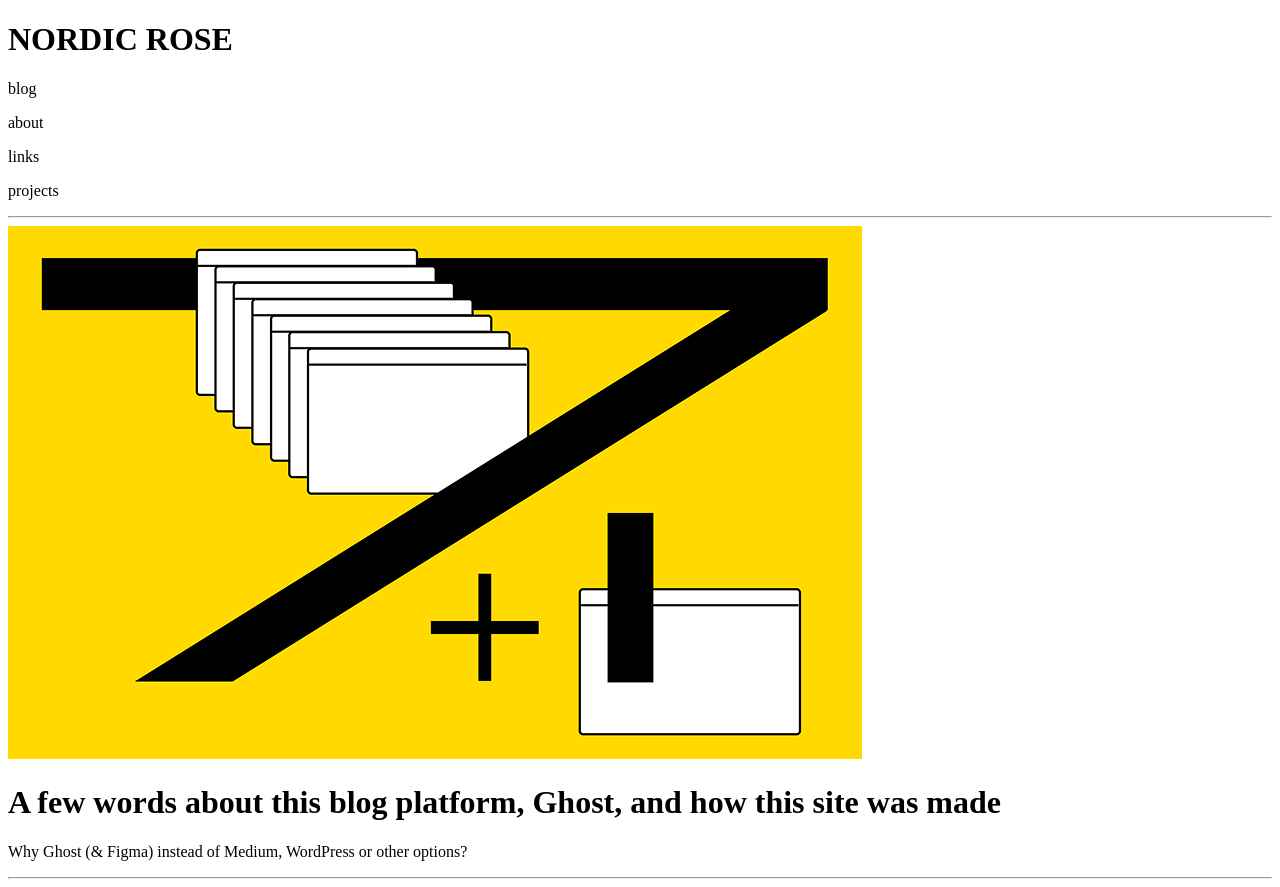
Repository: ThuTrang-jvb/JVB-BT1
Page: Page 2/listing.html
The author's editor kept a copy of each file at every save. The page is drawn from the files as they stood at one save, then again after a run of saves.
The browser window is 1280 px wide. The pictures show the whole page.

Above is the page before, as saved 2025-06-24 13:48:19.

### Page 2/listing.html
<!DOCTYPE html>
<html lang="en">
<head>
    <meta charset="UTF-8">
    <meta name="viewport" content="width=device-width, initial-scale=1.0">
    <title>NORDIC ROSE</title>
</head>
<body>
    <div class="header">
        <h1>NORDIC ROSE</h1>
        <p>blog</p>
        <p>about</p>
        <p>links</p>
        <p>projects</p>
    </div>
    <hr>
    <div class="main">
        <div>
            <img src="image/image 2.png" alt="image 2">
            <h1>A few words about this blog platform, Ghost, and how this site was made</h1>
            <p>Why Ghost (& Figma) instead of Medium, WordPress or other options?</p>
        </div>
        <hr>
        <div>

        </div>
    </div>

</body>
</html>

After the next 3 saves:
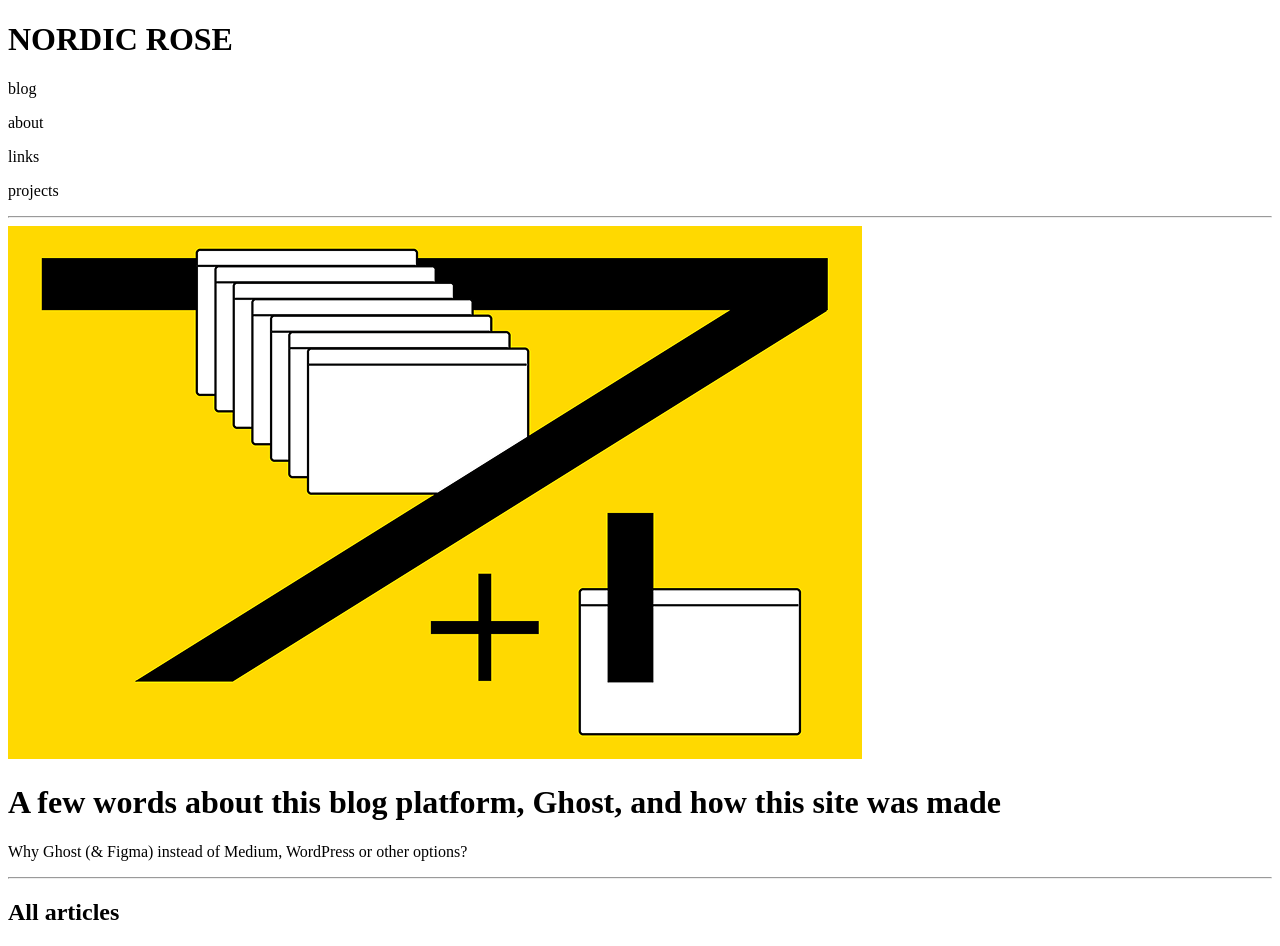
The 3 saves are shown as one change because they came seconds apart.
The last was saved 19 s later.
--- a/Page 2/listing.html
+++ b/Page 2/listing.html
@@ -22,6 +22,7 @@
         </div>
         <hr>
         <div>
+            <h2>All articles</h2>
 
         </div>
     </div>
